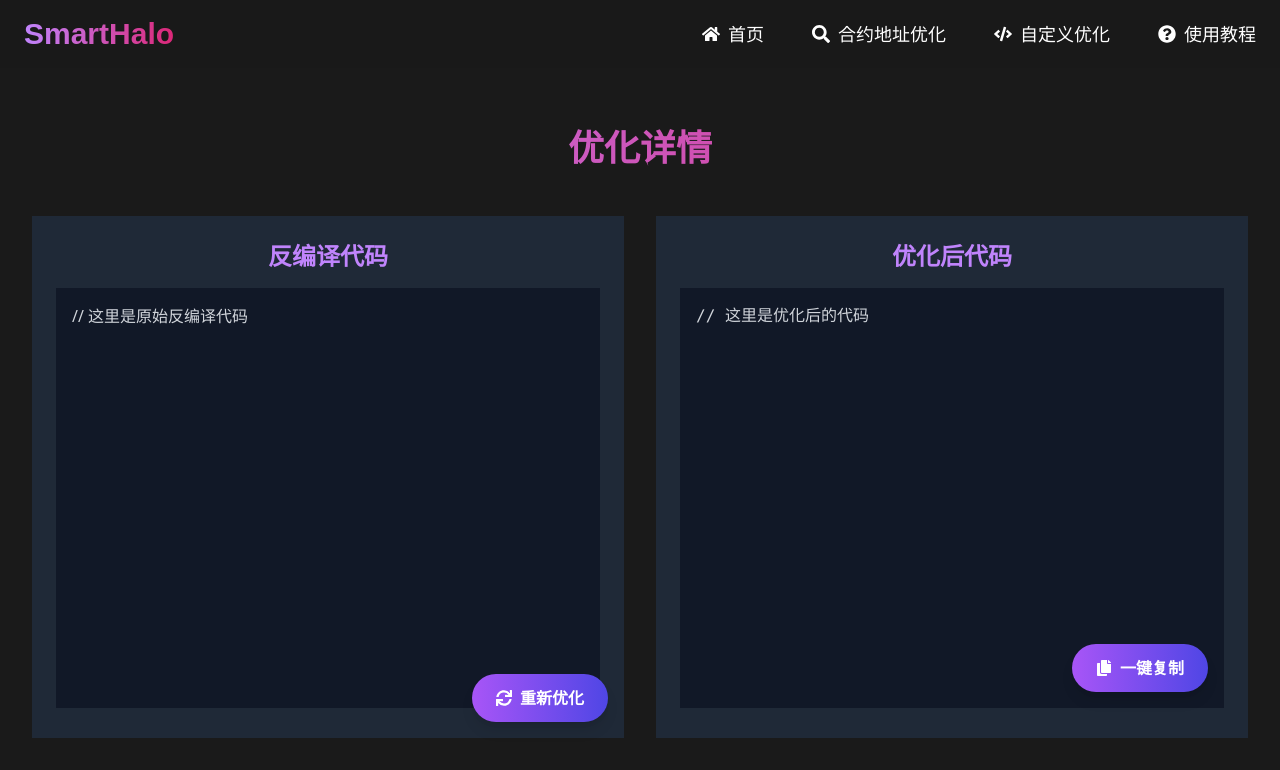
Repository: RunnerQuan/smart-halo
Page: /optimization-details
These files come from the project's save history. The page is drawn as it stood at one moment and after the next save; the edit follows.
The browser window is 1280 px wide. The pictures show the whole page.
The project was rebuilt for these pictures with package versions that can differ from the ones it lists, and the page was loaded fresh each time. The framework's server and built-in components were replaced by stand-ins that run in the browser. Also part of the build but not shown: next.config.mjs.

Above is the page before, as saved 2024-10-18 14:42:22.

After the next save:
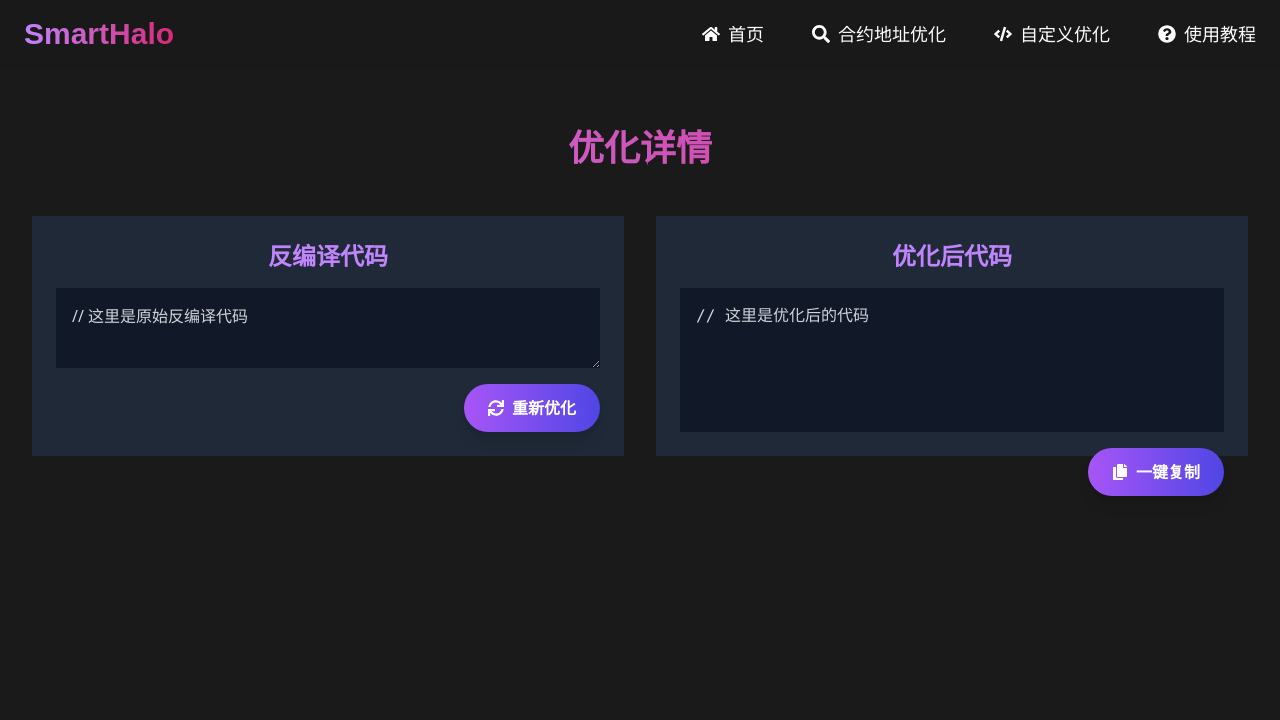
Saved 21 s later.
--- a/app/optimization-details/page.tsx
+++ b/app/optimization-details/page.tsx
@@ -1,3 +1,97 @@
+// "use client";
+
+// import { useState } from 'react';
+// import { motion } from 'framer-motion';
+// import AnimatedButton from '../../components/ui/animated-button';
+// import Navbar from '../../components/Navbar';
+// import { FaCopy, FaSync } from 'react-icons/fa';
+
+// export default function OptimizationDetails() {
+//   const [isCopied, setIsCopied] = useState(false);
+//   const [originalCode, setOriginalCode] = useState('// 这里是原始反编译代码');
+//   const [optimizedCode, setOptimizedCode] = useState('// 这里是优化后的代码');
+
+//   const handleCopy = () => {
+//     navigator.clipboard.writeText(optimizedCode);
+//     setIsCopied(true);
+//     setTimeout(() => setIsCopied(false), 2000);
+//   };
+
+//   const handleReoptimize = () => {
+//     // 这里应该是重新优化的逻辑
+//     console.log("重新优化");
+//   };
+
+//   return (
+//     <main className="flex min-h-screen flex-col items-center justify-start p-8 bg-[#1A1A1A] text-white font-sans">
+//       <Navbar />
+//       <div className="mt-24 w-full max-w-7xl mx-auto">
+//         <motion.h1
+//           className="text-4xl font-bold mb-12 text-center text-transparent bg-clip-text bg-gradient-to-r from-purple-400 to-pink-600"
+//           initial={{ opacity: 0, y: -50 }}
+//           animate={{ opacity: 1, y: 0 }}
+//           transition={{ duration: 0.5 }}
+//         >
+//           优化详情
+//         </motion.h1>
+
+//         <div className="w-full flex flex-col md:flex-row space-y-8 md:space-y-0 md:space-x-8">
+//           <motion.div
+//             className="flex-1 bg-gray-800 rounded-lg p-6 relative"
+//             initial={{ opacity: 0, x: -50 }}
+//             animate={{ opacity: 1, x: 0 }}
+//             transition={{ duration: 0.5, delay: 0.2 }}
+//           >
+//             <h2 className="text-2xl font-semibold mb-4 text-purple-400 text-center">反编译代码</h2>
+//             <textarea
+//               className="w-full h-[calc(100vh-300px)] bg-gray-900 text-gray-300 p-4 rounded-lg focus:outline-none focus:ring-2 focus:ring-purple-500"
+//               value={originalCode}
+//               onChange={(e) => setOriginalCode(e.target.value)}
+//             ></textarea>
+//             <div className="absolute bottom-4 right-4">
+//               <AnimatedButton onClick={handleReoptimize} className="flex items-center">
+//                 <FaSync className="mr-2" />
+//                 重新优化
+//               </AnimatedButton>
+//             </div>
+//           </motion.div>
+
+//           <motion.div
+//             className="flex-1 bg-gray-800 rounded-lg p-6"
+//             initial={{ opacity: 0, x: 50 }}
+//             animate={{ opacity: 1, x: 0 }}
+//             transition={{ duration: 0.5, delay: 0.4 }}
+//           >
+//             <h2 className="text-2xl font-semibold mb-4 text-purple-400 text-center">优化后代码</h2>
+//             <div className="relative">
+//               <pre className="w-full h-[calc(100vh-300px)] bg-gray-900 text-gray-300 p-4 rounded-lg overflow-auto">
+//                 {optimizedCode}
+//               </pre>
+//               <div className="absolute bottom-4 right-4">
+//                 <AnimatedButton onClick={handleCopy} className="flex items-center">
+//                   <FaCopy className="mr-2" />
+//                   一键复制
+//                 </AnimatedButton>
+//               </div>
+//             </div>
+//           </motion.div>
+//         </div>
+
+//         {isCopied && (
+//           <motion.div
+//             className="fixed bottom-8 right-8 bg-green-500 text-white px-4 py-2 rounded-lg shadow-lg"
+//             initial={{ opacity: 0, y: 50 }}
+//             animate={{ opacity: 1, y: 0 }}
+//             exit={{ opacity: 0, y: 50 }}
+//           >
+//             优化后代码已复制到剪贴板
+//           </motion.div>
+//         )}
+//       </div>
+//     </main>
+//   );
+// }
+
 "use client";
 
 import { useState } from 'react';
@@ -37,18 +131,18 @@ export default function OptimizationDetails() {
 
         <div className="w-full flex flex-col md:flex-row space-y-8 md:space-y-0 md:space-x-8">
           <motion.div
-            className="flex-1 bg-gray-800 rounded-lg p-6 relative"
+            className="flex-1 bg-gray-800 rounded-lg p-6 relative flex flex-col"
             initial={{ opacity: 0, x: -50 }}
             animate={{ opacity: 1, x: 0 }}
             transition={{ duration: 0.5, delay: 0.2 }}
           >
             <h2 className="text-2xl font-semibold mb-4 text-purple-400 text-center">反编译代码</h2>
             <textarea
-              className="w-full h-[calc(100vh-300px)] bg-gray-900 text-gray-300 p-4 rounded-lg focus:outline-none focus:ring-2 focus:ring-purple-500"
+              className="w-full flex-1 bg-gray-900 text-gray-300 p-4 rounded-lg focus:outline-none focus:ring-2 focus:ring-purple-500"
               value={originalCode}
               onChange={(e) => setOriginalCode(e.target.value)}
             ></textarea>
-            <div className="absolute bottom-4 right-4">
+            <div className="mt-4 flex justify-end">
               <AnimatedButton onClick={handleReoptimize} className="flex items-center">
                 <FaSync className="mr-2" />
                 重新优化
@@ -57,17 +151,17 @@ export default function OptimizationDetails() {
           </motion.div>
 
           <motion.div
-            className="flex-1 bg-gray-800 rounded-lg p-6"
+            className="flex-1 bg-gray-800 rounded-lg p-6 relative flex flex-col"
             initial={{ opacity: 0, x: 50 }}
             animate={{ opacity: 1, x: 0 }}
             transition={{ duration: 0.5, delay: 0.4 }}
           >
             <h2 className="text-2xl font-semibold mb-4 text-purple-400 text-center">优化后代码</h2>
-            <div className="relative">
-              <pre className="w-full h-[calc(100vh-300px)] bg-gray-900 text-gray-300 p-4 rounded-lg overflow-auto">
+            <div className="relative flex-1">
+              <pre className="w-full h-full bg-gray-900 text-gray-300 p-4 rounded-lg overflow-auto">
                 {optimizedCode}
               </pre>
-              <div className="absolute bottom-4 right-4">
+              <div className="mt-4 flex justify-end">
                 <AnimatedButton onClick={handleCopy} className="flex items-center">
                   <FaCopy className="mr-2" />
                   一键复制
